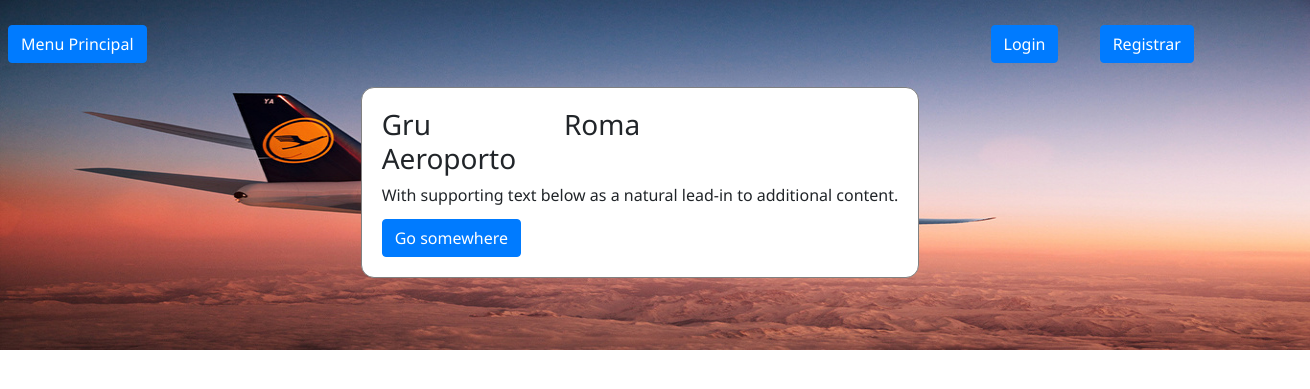
Repository: VictorFlay/Aplicacao-WEB
Page: http://localhost/ProjetoWeb/passagens.jsp
The author's editor kept a copy of each file at every save. The page is drawn from the files as they stood at one save, then again after the next save.
The browser window is 1280 px wide. The page is 1310 px wide, so the pictures cover 1310 px, including what lies to the right of the window. The pictures show the whole page.
Some web libraries are served in a nearby version. The page is served by Tomcat 9. Other server files are loaded and not shown.

Above is the page before, as saved 2021-07-14 22:36:34.

### ProjetoWeb/WebContent/passagens.jsp
<%@page import="model.Passagem" %>
<html lang="pt">
<head>

	<%
		String idpassagem = request.getParameter("idpassagem");
		String nome = (String) session.getAttribute("nome");
		String nivelusuario = (String) session.getAttribute("nivelusuario");

	%>

	<%@ page contentType="text/html; charset=UTF-8" %>
	<meta http-equiv="Content-Type" content="text/html; charset=UTF-8" />


    <meta http-equiv="X-UA-Compatible" content="IE=edge">
    <meta name="viewport" content="width=device-width, initial-scale=1.0">
    <link rel="stylesheet" type="text/css" href="css/design.css">
    <script src="https://code.jquery.com/jquery-3.2.1.slim.min.js" integrity="sha384-KJ3o2DKtIkvYIK3UENzmM7KCkRr/rE9/Qpg6aAZGJwFDMVNA/GpGFF93hXpG5KkN" crossorigin="anonymous"></script>

    <!-- Bootstrap CSS -->
    <link rel="stylesheet" href="https://maxcdn.bootstrapcdn.com/bootstrap/4.0.0/css/bootstrap.min.css" integrity="sha384-Gn5384xqQ1aoWXA+058RXPxPg6fy4IWvTNh0E263XmFcJlSAwiGgFAW/dAiS6JXm" crossorigin="anonymous">
    <link rel="stylesheet" type="text/css" href="css/design.css">
 	<script src="https://code.jquery.com/jquery-3.3.1.min.js" integrity="sha256-FgpCb/KJQlLNfOu91ta32o/NMZxltwRo8QtmkMRdAu8=" crossorigin="anonymous"></script>
    <script src="https://cdnjs.cloudflare.com/ajax/libs/popper.js/1.12.9/umd/popper.min.js" integrity="sha384-ApNbgh9B+Y1QKtv3Rn7W3mgPxhU9K/ScQsAP7hUibX39j7fakFPskvXusvfa0b4Q" crossorigin="anonymous"></script>
    <script src="https://maxcdn.bootstrapcdn.com/bootstrap/4.0.0/js/bootstrap.min.js" integrity="sha384-JZR6Spejh4U02d8jOt6vLEHfe/JQGiRRSQQxSfFWpi1MquVdAyjUar5+76PVCmYl" crossorigin="anonymous"></script>
    <meta name="viewport" content="width=device-width, initial-scale=1, shrink-to-fit=no">

    <title>Document</title>

</head>
<body>

	<div class="container-fluid px-0">
		<div class="row">
			<div class="col-12 col-lg-12 center">
				<img src="img/aviao.jpg" class="img-fluid" id="aviaofundo">
			</div>
		</div>


		<div class="row">
			<div class="col-8 col-lg-9 justify-content-between mt-4 ml-2">
	             <a href="index.jsp">
			    	<button type="button" class="btn btn-primary">Menu Principal</button>
			    </a>
	        </div>

        	<% if(nome == null){ %>
    	<div class="col-1 col-lg-1 mt-4">
      			<button type="button" class="btn btn-primary" data-toggle="modal" data-target="#login" data-whatever="@mdo">Login</button>

				<div class="modal fade" id="login" tabindex="-1" role="dialog" aria-labelledby="exampleModalLabel" aria-hidden="true">
				  <div class="modal-dialog" role="document">
				    <div class="modal-content">
				      <div class="modal-header">
				        <h5 class="modal-title" id="exampleModalLabel">Login</h5>
				        <button type="button" class="close" data-dismiss="modal" aria-label="Close">
				          <span aria-hidden="true">&times;</span>
				        </button>
				      </div>
				      <div class="modal-body">
				        <form method="POST" id="login-form">
				          <div class="form-group">
				          	<div class="alert alert-danger center" role="alert" id="errologin">

							</div>

				            <label for="login" class="col-form-label">Login:</label>
				            <input type="text" class="form-control" id="username" name="username">
				          </div>

				          <div class="form-group">

							<label for="senha" class="col-form-label">Senha:</label>
				            <input type="password" class="form-control" id="senha" name="senha">

				          </div>




				      <div class="modal-footer">
				        <button type="button" class="btn btn-secondary" data-dismiss="modal">Close</button>
				        <button type="submit" class="btn btn-primary">Send message</button>
				      </div>
				      </form>
				      </div>
				    </div>
				  </div>
				</div>



    </div>

<div class="col-1 col-lg-1 mt-4">
      			<button type="button" class="btn btn-primary" data-toggle="modal" data-target="#registrar" data-whatever="@mdo">Registrar</button>

				<div class="modal fade" id="registrar" tabindex="-1" role="dialog" aria-labelledby="exampleModalLabel" aria-hidden="true">
				  <div class="modal-dialog" role="document">
				    <div class="modal-content">
				      <div class="modal-header">
				        <h5 class="modal-title" id="exampleModalLabel">Registrar</h5>
				        <button type="button" class="close" data-dismiss="modal" aria-label="Close">
				          <span aria-hidden="true">&times;</span>
				        </button>
				      </div>
				      <div class="modal-body">
				        <form method="POST" id="register-form">
				        	<div class="alert alert-danger center" role="alert" id="erro">
  								Nome ou Login já cadastrado!
							</div>
				          <div class="form-group">
				            <label for="nome" class="col-form-label">Nome Completo:</label>
				            <input type="text" class="form-control" id="nome" name="nome">
				          </div>

				          <div class="form-group">
							<label for="login" class="col-form-label">Login:</label>
				            <input type="text" class="form-control" id="cxlogin" name="cxlogin">
				          </div>

				          <div class="form-group">
							<label for="senha" class="col-form-label">Senha:</label>
				            <input type="password" class="form-control" id="cxsenha" name="cxsenha">
				          </div>

				         <div class="form-row">
						<div class="form-group col-md-6">
							<label for="telefone" class="col-form-label">Telefone:</label>
				            <input type="text" class="form-control" id="telefone" placeholder="Digite seu telefone..." name="telefone">
				          </div>


						<div class="form-group col-md-3 ml-4">
							<label for="estado" class="col-form-label">Estado</label>
      						<select id="estado" class="form-control">
	        					<option value="AC" selected>AC</option>
	       						<option value="AL">AL</option>
	       						<option value="AP">AP</option>
	       						<option value="AM">AM</option>
	       						<option value="BA">BA</option>
	       						<option value="CE">CE</option>
	       						<option value="ES">ES</option>
	       						<option value="GO">GO</option>
	       						<option value="MA">MA</option>
	       						<option value="MT">MT</option>
	       						<option value="MS">MS</option>
	       						<option value="MG">MG</option>
	       						<option value="PA">PA</option>
	       						<option value="PB">PB</option>
	       						<option value="PR">PR</option>
	       						<option value="PE">PE</option>
	       						<option value="PI">PI</option>
	       						<option value="RJ">RJ</option>
	       						<option value="RN">RN</option>
	       						<option value="RS">RS</option>
	       						<option value="RO">RO</option>
	       						<option value="RR">RR</option>
	       						<option value="SC">SC</option>
	       						<option value="SP">SP</option>
	       						<option value="SE">SE</option>
	       						<option value="TO">TO</option>
	       						<option value="DF">DF</option>
      						</select>
						</div>
				      </div>


				      <div class="modal-footer">
				        <button type="button" class="btn btn-secondary" data-dismiss="modal">Close</button>
				        <button type="submit" class="btn btn-primary">Send message</button>
				      </div>
				      </form>
				      </div>
				    </div>
				  </div>
				</div>
  			</div>
	<% }

	else{
	%>
		<div class="row justify-content-end">
			<div class="col-4 col-lg-1 mt-4 ml-4">
				<a href="deslogar.jsp?pag=2&idpassagem=<%=idpassagem%>">
				<button type="button" class="btn btn-primary">Deslogar</button>
		        </a>
		    </div>
	    </div>

	<% } %>

        </div>


        		<div class="row mt-4">
				<div class="col d-flex justify-content-center">
					<div class="card" id="card">
				 <div class="card-body">
				 <div class="row">
				 	<div class="col-4">
				 		<h3 class="card-title">Gru Aeroporto</h3>
				 	</div>
				 	<p class="h2"></p>
				 	<div class="col-4">
				 		<h3 class="card-title">Roma</h3>
				 	</div>
				 </div>

				<p class="card-text">With supporting text below as a natural lead-in to additional content.</p>
				<a href="#" class="btn btn-primary">Go somewhere</a>
				</div>
				</div>
	        </div>
    	</div>












	</div>


















	<script src="https://code.jquery.com/jquery-3.3.1.min.js" integrity="sha256-FgpCb/KJQlLNfOu91ta32o/NMZxltwRo8QtmkMRdAu8=" crossorigin="anonymous"></script>
	<script type="text/javascript" src="js/script.js"></script>
</body>

### ProjetoWeb/WebContent/css/design.css
.form-group {
    margin-right: -10px;
}

#errobusca{
	display: none;
	color: white;
    z-index: 0;
    font-size: 18px;
    font-weight: bold;
}



#barra{
    width: 200px;
    height: 50px;
    border: 1px solid;
    border-radius: 15px;
    position: absolute;
    z-index: 0;
    background-color: white;
    opacity: 0.19;
    font-weight: bold;
    top: 0px;
}

#errologin{
	display:none;
}

.buscarloca{
	position: relative;
	widht: 100%;
	align-items: stretch;
    height: 200px;
    border: 1px solid;
    border-radius: 15px;
    z-index: 1;
    background-color: white;
    font-weight: bold;
    top: 0px;
   	visibility: hidden;
}

.buscarclasse{
	position: relative;
	widht: 100%;
	align-items: stretch;
    height: 70px;
    border: 1px solid;
    border-radius: 15px;
    background-color: white;
    font-weight: bold;
   	visibility: hidden;
}

.classe{
    width: 300px;
    height: 60px;
    border: 1px solid;
    border-radius: 15px;
    z-index: 0;
    background-color: white;
    background: rgba(0, 0, 0, 0.19);
    font-weight: bold;
    top: 0px;
}

#erro{
	display:none;
	}


#origem{
    width: 200px;
    height: 50px;
    border: 1px solid;
    border-radius: 15px;
    z-index: 0;
    background-color: white;
    background: rgba(0, 0, 0, 0.19);
    font-weight: bold;
    top: 0px;

}

.buscarlocalizacao{
	position: relative;
	display: flex;
    width: 300px;
    height: 60px;
    border: 1px solid;
    border-radius: 15px;
    background-color: white;
    background: rgba(0, 0, 0, 0.19);
    font-weight: bold;
    top: 0px;


}


.buscarlinha{
	width: 100px;
    height: 60px;
    border: 1px solid;
    border-radius: 15px;
    z-index: 0;
    background-color: white;
    background: rgba(0, 0, 0, 0.19);
    font-weight: bold;
    top: 0px;
}


#destino{
    width: 200px;
    height: 50px;
    border: 1px solid;
    border-radius: 15px;
    z-index: 0;
    background-color: white;
    background: rgba(0, 0, 0, 0.19);
    font-weight: bold;
    top: 0px;

}

#calendario{
    width: 200px;
    height: 50px;
    border: 1px solid;
    border-radius: 15px;
    z-index: 0;
    background-color: white;
    background: rgba(0, 0, 0, 0.19);
    font-weight: bold;
    top: 0px;

}

#iconecalendario{
    top: 12px;
    position: absolute;
}

#passageiro{
    width: 250px;
    height: 50px;
    border: 1px solid;
    border-radius: 15px;
    z-index: 0;
    background-color: white;
    background: rgba(0, 0, 0, 0.19);
    font-weight: bold;
    top: 0px;
}

#mensagem{
    color: rgb(2, 35, 2);
    z-index: 3;
    font-weight: bold;
    font-size: 30px;
    white-space: nowrap;
}

#mensagem2{
    color: white;

    z-index: 3;
    font-weight: bold;
    font-size: 20px;
    left: 10px;
    top: 3px;
    display: block;
    opacity: 1;
}

#radios{
    color: white;
    font-size: 17px;
    font-weight: bold;
    white-space: nowrap;
}

#radio1{
    width: 20px;
    height: 20px;
    color: green;
}


#corpo{
    position: absolute;
    top: 325px;
}

#corpo2{
	position: relative;
	top: 580px;

}


#barrapassageiro2{
    width: 300px;
    height: 350px;
    left: 695px;
    border: 1px solid;
    border-radius: 15px;
    position: absolute;
    z-index: 0;
    background-color: white;
    top: 0px;
    font-weight: bold;
}

.quartabarra{
    cursor: pointer;
}



.barrapassageiroescondido{
    z-index: 3;
    user-select:none;
    top: 0px;
}

.perfil{
	width: 50px;
	height: 50px;
}

#txt{
    position: absolute;
    z-index: 1;
}


#aviao{
    left: 190px;
    top:5px;
    position: absolute;
    z-index: 1;
}



.aeroporto{
	display: flex;
    width: 300px;
    height: 60px;
    border: 1px solid;
    border-radius: 15px;
    z-index: 0;
    background-color: white;
    background: rgba(0, 0, 0, 0.19);
    font-weight: bold;
    top: 0px;

}

.buscar{
    width: 120px;
    height: 50px;
    left: 975px;

    border-color: grey;
    border-radius: 10px;
    position: absolute;
    z-index: 3;
    background-color: #30503A;
    top: 0px;
}

.buscarvoo{
    color: white;
    position: absolute;

    z-index: 1;
    font-weight: bold;
    font-size: 15px;
    left: 20px;
    top: 16px;
}

* {
    margin: 0;
    padding: 0;
    border: 0;
    outline: none;
    list-style: none;
    text-decoration: none;
    font-family: segoe ui, helvetica neue, helvetica, arial, sans-serif;
    line-height: 1;
  }

  body {
    font-size: 16px;
  }




.jss1{
    color: white;
    position: absolute;
    z-index: 3;
    font-weight: bold;
    font-size: 20px;
    left: 10px;
    top: 3px;
    display: block;
    opacity: 1;
}

.jss2{
    color: white;
    position: absolute;
    z-index: 1000;
    font-size: 13px;
    left: 10px;
    top: 30px;
    opacity: 0.70;
    white-space: nowrap;
}

.jss3{
    color: white;
    position: absolute;
    z-index: 1;
    font-weight: bold;
    font-size: 20px;
    top: 3px;
}

.jss4{
    color: white;
    position: absolute;
    z-index: 1;
    font-size: 13px;
    top: 30px;
    opacity: 0.70;
}

.jss5{
    color: white;
    position: absolute;
    z-index: 1;
    font-size: 13px;
    left: 60px;
    top: 18px;
    opacity: 0.70;
}

.jss6{
    color: white;
    position: absolute;
    z-index: 1;
    font-size: 13px;
    left: 60px;
    top: 18px;
    opacity: 0.70;
}

.jss7{
    color: black;
    position: absolute;
    z-index: 1;
    font-size: 13px;
    left: 740px;
    top: 18px;

}

hr.jss8{
    border-top: 1px solid grey;
    position: absolute;
    z-index: 1;
    width: 240px;
    top: 31px;
    left: 725px;
}

hr.jss14{
    border-top: 1px solid grey;
    position: absolute;
    z-index: 1;
    width: 240px;
    top: 180px;
    left: 725px;
}

.jss9{
    color: black;
    position: absolute;
    z-index: 1;
    font-size: 11px;
    left: 710px;
    top: 60px;
    font-weight: bold;
}

.jss10{
    color: black;
    position: absolute;
    z-index: 1;
    font-size: 20px;
    left: 710px;
    top: 80px;
    font-weight: bold;
}

.jss11{
    color: black;
    position: absolute;
    z-index: 1;
    font-size: 15px;
    left: 710px;
    top: 105px;

}

.jss12{
    color: black;
    position: absolute;
    z-index: 1;
    font-size: 20px;
    left: 710px;
    top: 140px;
    font-weight: bold;
}

.jss13{
    color: black;
    position: absolute;
    z-index: 1;
    font-size: 15px;
    left: 710px;
    top: 165px;
}

.jss15{
    color: black;
    position: absolute;
    z-index: 1;
    font-size: 11px;
    left: 710px;
    top: 210px;
    font-weight: bold;
}

.jss16{
    width: 125px;
    height: 50px;
    background-color: cornflowerblue;
    position: absolute;
    left: 710px;
    top: 235px;
    border-radius: 10px;
    color: black;
    border: 1px solid;
    border-color: grey;
    -webkit-box-sizing: border-box;
    -moz-box-sizing: border-box;
    box-sizing: border-box;
    -webkit-appearance: none;
    -moz-appearance: none;
    appearance: none;
    cursor: pointer;
}



.jss17{
    width: 125px;
    height: 50px;
    position: absolute;
    left: 855px;
    top: 235px;
    border-radius: 10px;
    color: black;
    border: 1px solid;
    border-color: grey;
    -webkit-box-sizing: border-box;
    -moz-box-sizing: border-box;
    box-sizing: border-box;
    -webkit-appearance: none;
    -moz-appearance: none;
    appearance: none;
    cursor: pointer;

}

.jss18{
    color: black;
    position: absolute;
    z-index: 2;
    font-size: 12px;
    left: 722px;
    top: 253px;
    font-weight: bold;
    cursor: pointer;
    user-select:none;
}

.jss19{
    color: black;
    position: absolute;
    z-index: 2;
    font-size: 12px;
    left: 872px;
    top: 253px;
    font-weight: bold;
    cursor: pointer;
    user-select:none;
}

.jss20{
    color: grey;
    position: absolute;
    z-index: 2;
    font-size: 15px;
    left: 810px;
    top: 300px;
    font-weight: bold;

}

.jss21{
    left: 880px;
    top: 85px;
    font-weight: bold;
    position: absolute;

}

.jss22{
    left: 941px;
    top: 85px;
    font-weight: bold;
    position: absolute;
    cursor: pointer;
}

.jss23{
    left: 919px;
    top: 86px;
    position: absolute;
    font-size: 25px;
    font-weight: bold;
    font-family: arial;
    color:black;
    width: 15px;
    user-select:none;
}

.jss25{
    left: 880px;
    top: 145px;
    font-weight: bold;
    position: absolute;
}

.jss26{
    left: 941px;
    top: 145px;
    font-weight: bold;
    position: absolute;
}



.jss28{
    left: 919px;
    top: 146px;
    position: absolute;
    font-size: 25px;
    font-weight: bold;
    font-family: arial;
    color:black;
    width: 15px;
    user-select:none;
}

.jss29{
    color: white;
    font-size: 17px;
    font-weight: bold;
    white-space: nowrap;
}


.jss30{
    color: white;
    position: absolute;
    z-index: 3;
    font-weight: bold;
    font-size: 22px;
    left: 10px;
    top: 3px;
    display: block;
    opacity: 1;
    white-space: nowrap;
}

.jss31{
    color: white;
    position: absolute;
    z-index: 1000;
    font-size: 15px;
    left: 10px;
    top: 30px;
    opacity: 0.70;
    white-space: nowrap;
}

.jss32{
	color: black;
    z-index: 2;
    font-size: 22px;
    opacity: 1;
    white-space: nowrap;
    position: relative;
}

.jss33{
    color: white;
    position: absolute;
    z-index: 1000;
    font-size: 15px;
    left: 10px;
    top: 30px;
    opacity: 0.70;
    white-space: nowrap;
}

.jss35{
	color: white;
    position: absolute;
    z-index: 1000;
    font-size: 15px;
    left: 10px;
    top: 30px;
    opacity: 0.70;
    white-space: nowrap;
}





#aumentardiminuir{
    top: 600px;

    width: 10px;
    height: 10px;
    position: absolute;
    left: 100px;
}

#testar{
	position: absolute;
}

.corpo{
	width: 1366px;
	height: 900px;
	border: 1px solid;
	position: relative;
	top: 300px;
}


.container{
    margin: 0 auto;
}

#logo{
    width: 100%;
}






.msg{
    color: rgb(2, 35, 2);
    z-index: 3;
    font-weight: bold;
    font-size: 30px;
}


#imagem{
    position: absolute;
    width: 1366px;
}

#aviaofundo{
	position: absolute;
	height: 350px;
	widht: 100%;
}

#aviaopequeno{
	width: 50px;
	height: 50px;
}

.card-img-top {
    width: 100%;
    height: 15vw;
    object-fit: cover;
}

@media only screen and (max-width: 1366px) and (min-width: 769px){
	.dr{
	left: 140px;
	}
}

@media only screen and (max-width: 991px) and (min-width: 540px){
	.dr{
	left: 90px;
	}

	#aviaofundo{
		position: absolute;
		height: 350px;
		width: 100%;
	}

	#imagem{
		position: absolute;
		height: 300px;
		width: 100%;
	}


}

#card{
	border-radius: 13px;
	border-color: grey;
	widht: 18rem;
}

#titulo{
	top: 100px;
}


#menuadm{
	position: absolute;
	width: 1366px;
	height: 225px;
	image-rendering: auto;
  	image-rendering: crisp-edges;
  	image-rendering: pixelated;
  	opacity: 0.6;
}

#historico{
	position: absolute;
	width: 1366px;
	height: 200px;
	image-rendering: auto;
  	image-rendering: crisp-edges;
  	image-rendering: pixelated;
}


.bloco{
	widht: 50px;
	height: 50px;
}

### ProjetoWeb/WebContent/js/script.js
$(document).ready(function(){


	$('.primeirabarra').click(function(){
            $('.origem').css({'visibility': 'visible'});
        });



    $('.quartabarra').click(function(){
        $('.barrapassageiroescondido').css({'visibility': 'visible'});
    });



    var countadulto = 0;

    $('.jss22').click(function(){
        if(countadulto >= 0 && countadulto < 9){
            countadulto++;
            $('.jss23').val(countadulto);
            var i = countadulto;
            if(i > 0){
                $('.jss153').attr("src", "img/diminuir.png");
            }
            if(i == 9){
                $('.jss154').attr("src", "img/aumentardesativado.png");
                $('.jss22').css({'cursor': 'default'});
            }
            aplicar($('.jss23').val(), $('.jss28').val());
        }
    });


    $('.jss21').click(function(){
        if(countadulto > 0 && countadulto <= 9){
            countadulto--;
            $('.jss23').val(countadulto);
            $('.jss154').attr("src", "img/aumentar.png");
            if(countadulto == 0){
                $('.jss153').attr("src", "img/diminuirdesativado.png");
            }
            aplicar($('.jss23').val(), $('.jss28').val());
        }
    });





    var countcrianca = 0;

$('.jss26').click(function(){
    if(countcrianca >= 0 && countcrianca < 9){
        countcrianca++;
        $('.jss28').val(countcrianca);
        var i = countcrianca;
        if(i > 0){
            $('.jss155').attr("src", "img/diminuir.png");
        }
        if(i == 9){
            $('.jss156').attr("src", "img/aumentardesativado.png");
            $('.jss26').css({'cursor': 'default'});
        }
        aplicar($('.jss23').val(), $('.jss28').val());
    }
});

$('.jss25').click(function(){
    if(countcrianca > 0 && countcrianca <= 9){
        countcrianca--;
        $('.jss28').val(countcrianca);
        $('.jss156').attr("src", "img/aumentar.png");
        if(countcrianca == 0){
            $('.jss155').attr("src", "img/diminuirdesativado.png");
        }
        aplicar($('.jss23').val(), $('.jss28').val());
    }
});



function aplicar(adulto, crianca){
        if(adulto > 0 || crianca > 0){
            $('.jss20').css({'color': 'black', 'cursor': 'pointer'});
        }
        if(adulto == 0 && crianca == 0){
            $('.jss20').css({'color': 'grey', 'cursor': 'default'});
        }

    }






    $('.jss152').click(function(){
        $('.jss16').css({'background-color': 'white'});
        $('.jss17').css({'background-color': 'cornflowerblue'});
        $('.jss17').prop('checked', true);
    });

    $('.jss151').click(function(){
        $('.jss18').prop('disabled', true);
        $('.jss16').css({'background-color': 'cornflowerblue'});
        $('.jss17').css({'background-color': 'white'});
        $('.jss16').prop('checked', true);
    });







        $('#aumentar').click(function(){
            count++;
            $('.jss69').val(count);
        });

        $('#diminuir').click(function(){
            count--;
            $('#testar').text(count);
        });


        $('.jss20').prop("readonly", true);


		$( '#login-form' ).submit(function(event){

			event.preventDefault();
			var data ={
					login: $('#username').val(),
					senha: $('#senha').val(),
			}



			$.ajax({
				url: "/ProjetoWeb/Auth",
				type: "post",
				dataType: "json",
				data: data,
				success: function(data, textStatus, jqXHR){
					if(data.status){

						window.location.href = $(location).attr('href');
					}else{
						$( '#errologin' ).text( data.mensagem );
						$( '#errologin' ).css({'display': 'block'});
					}

				}
			})





		});



		$( '#register-form' ).submit(function(event){

			event.preventDefault();
			var data ={
					nome: $('#nome').val(),
					login: $('#cxlogin').val(),
					senha: $('#cxsenha').val(),
					telefone: $('#telefone').val(),
					estado: $('#estado').val()
			}


			$.ajax({
				url: "/ProjetoWeb/Register",
				type: "post",
				dataType: "json",
				data: data,
				success: function(data, textStatus, jqXHR){
					if(data.status){
						alert(data.mensagem);
						window.location.href = 'teste1.jsp';
					}else{
						$( '#erro' ).text( data.mensagem );
						$( '#erro' ).css({'display': 'block'});
					}

				}
			})

		});

});

After the next save:
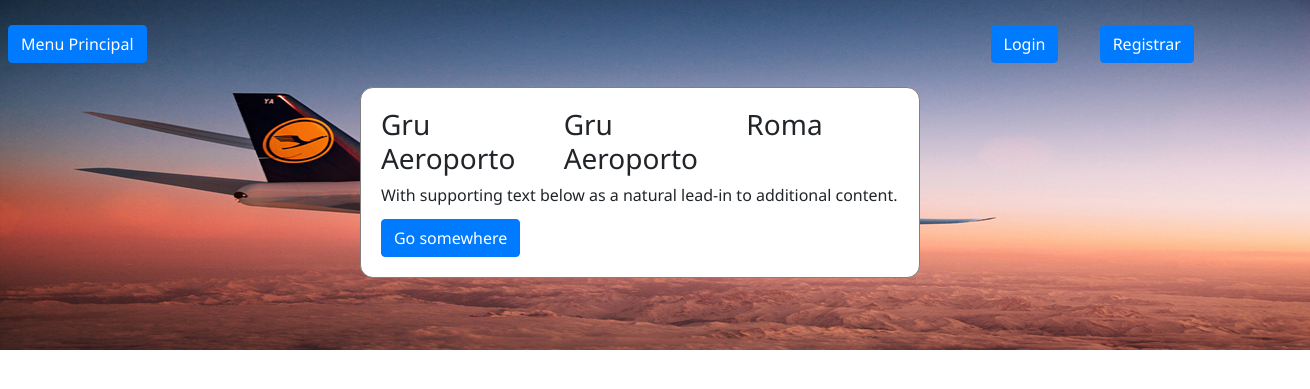
Saved 9 s later.
--- a/ProjetoWeb/WebContent/passagens.jsp
+++ b/ProjetoWeb/WebContent/passagens.jsp
@@ -203,7 +203,12 @@
 				 	<div class="col-4">
 				 		<h3 class="card-title">Gru Aeroporto</h3>
 				 	</div>
-				 	<p class="h2"></p>
+
+				 					 	<div class="col-4">
+				 		<h3 class="card-title">Gru Aeroporto</h3>
+				 	</div>
+
+
 				 	<div class="col-4">
 				 		<h3 class="card-title">Roma</h3>
 				 	</div>
